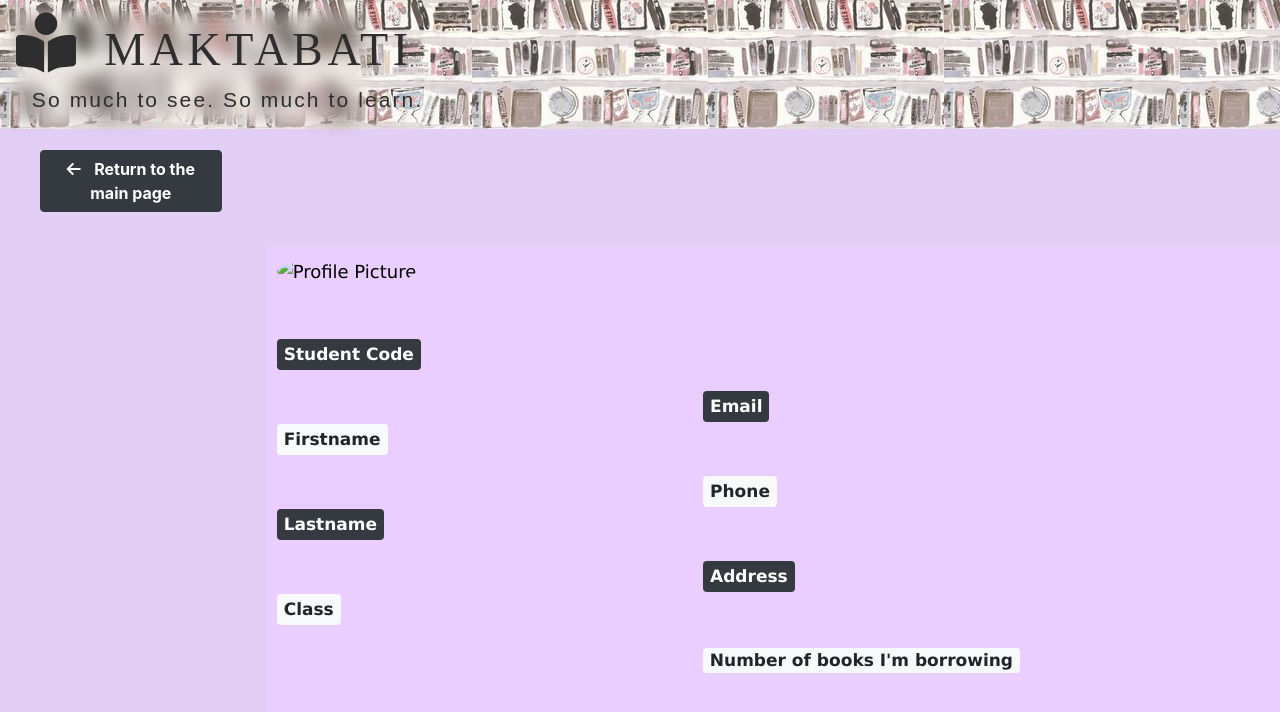
Repository: Hajar-Serrad/MAKTABATI
Page: resources/views/profile.blade.php
An editor plug-in stored every save of this project. The page is shown before and after the next save, followed by the edit.
The browser window is 1280 px wide. The pictures show the whole page.
An inner scrolling area shows only its first screen. Some web fonts or font styles are not loaded; a fallback is used. Some web libraries are served in a nearby version. The page is served by the project's Laravel application, run on PHP 8.4 with Laravel 8. Other server files are loaded and not shown. The template is opened directly, without the code that normally fills it, so the values that code supplies are empty.

Above is the page before, as saved 2020-12-28 22:53:13.

### routes/web.php
<?php

use Illuminate\Support\Facades\Route;


/*           **********************     INSCRIPTION            ************************* */
Route::get('/welcome/register','Auth\RegisterBisController@showfirstform')->name('register1');
Route::post('/welcome/register','Auth\RegisterBisController@register')->name('register2');
Route::post('/registerbis','Auth\RegisterController@register')->name('register3');
Route::get('/registerbis/{id}','Auth\RegisterController@showform')->name('register4');

/*           **********************     CONNEXION            ************************* */
Route::get('/login/admin', 'Auth\LoginController@showAdminLoginForm')->name('Adminlogin1');
Route::post('/login/admin', 'Auth\LoginController@adminLogin')->name('Adminlogin2');
Route::get('/user/login', 'Auth\LoginController@showUserLoginForm')->name('Userlogin1');
Route::post('/user/login', 'Auth\LoginController@userLogin')->name('Userlogin2');

/*           **********************     DECONNEXION            ************************* */
Route::post('/user/logout', 'Auth\LoginController@userLogout')->name('user.logout');
Route::post('/admin/logout', 'Auth\LoginController@adminLogout')->name('admin.logout');

/*   ********** ROUTES D'AUTHENTICATIONS DEFINIES PAR LARAVEL  *************** */
Auth::routes();


/*           **********************     TEMPLATES            ************************* */
Route::view('/user','layouts.app')->name('back');
Route::view('/admin','layouts.appAdmin')->name('adminapp');

/*           **********************     LES HOMEPAGES            ************************* */
Route::view('/user/dashboard','home.homeUser')->name('home');
Route::view('/admin/dashboard','home.homeAdmin')->name('dashboard');

Route::get("/homeUser","HomeController@indexUser");
Route::get("/homeAdmin","HomeController@indexAdmin");


/*           **********************     DES PROPRIETES AJOUTEES POUR LA TEMPLATE            ************************* */
// plus //USER
Route::get("/about us", function(){
    return view("plus.about");
 })->name('about');
 Route::get("/privacy policy", function(){
    return view("plus.privacy");
 })->name('privacy');

// plusAdmin  //ADMIN
Route::get("/ABOUT US", function(){
   return view("plusAdmin.about");
})->name('about_us');
Route::get("/PRIVACY POLICY", function(){
   return view("plusAdmin.privacy");
})->name('privacy_policy');

/* ******************************************** */

/*           **********************     LES OPERATIONS DE CRUD           ************************* */
Route::view('/add','books.create'); // creer un livre
Route::resource('copies', 'CopyController')->only(['create','store', 'destroy']);  // crud -> copycontroller
Route::post('/copies/add', 'CopyController@add')->name('add'); // ajouter un exemplaire
Route::post('/copies/edit', 'CopyController@update1')->name('update1');  // modifier un exemplaire
Route::post('/copies/update', 'CopyController@update2')->name('update2');  // modifier un exemplaire
Route::post('/copies/delete', 'CopyController@delete')->name('delete');  // supprimer un exemplaire
Route::resource('books', 'BookController');  // crud -> bookcontroller
Route::resource('borrowing', 'BorrowingController')->only(['index', 'destroy']);  //  crud -> borrowingcontroller
Route::post("/admin/borrow","BorrowingController@borrow")->name('borrow');  //  emprunter un livre
Route::get("/admin/collect","BorrowingController@collect")->name('collect');  //  collecter les emails
Route::get('/admin/books','BookController@indexAdmin')->name('index'); // afficher les livres pour l'admin
Route::get('/admin/books/{book}','BookController@showAdmin')->name('show');  // afficher un livre pour l'admin
Route::get('/admin/members','UserController@index')->name('members');
Route::get('/user/profile/{id}','UserController@profile')->name('user.profile');

/*           **********************     LA PAGE D'ACCUEIL        ************************* */
Route::get("/welcome", function(){
   return view("welcome");
})->name('welcome');

### app/Http/Controllers/Auth/LoginController.php
<?php

namespace App\Http\Controllers\Auth;
use Illuminate\Http\Request;
use App\Http\Controllers\Controller;
use App\Providers\RouteServiceProvider;
use Illuminate\Foundation\Auth\AuthenticatesUsers;
use App\User;
use Auth;

class LoginController extends Controller
{
    use AuthenticatesUsers;


    public function __construct()
    {
        $this->middleware('guest')->except(['logout', 'userLogout']);
        $this->middleware('guest:admin')->except(['logout', 'adminLogout']);
    }


    public function showAdminLoginForm()
    {
        return view('authAdmin.login', ['url' => '/login/admin']);
    }

    public function adminLogin(Request $request)
    {
        $this->validate($request, [
            'email'   => 'required|email',
            'password' => 'required|min:8'
        ]);

        if (Auth::guard('admin')->attempt(['email' => $request->email, 'password' => $request->password], $request->get('remember'))) {

            return redirect()->intended('/admin/dashboard');
        }
        session()->flash('error', 'Your email or password is incorrect! Please try again!');
        return back()->withInput();
    }

    public function showUserLoginForm()
    {
        return view('auth.login', ['url' => '/user/login']);
    }

    public function userLogin(Request $request)
    {
        $this->validate($request, [
            'email'   => 'required|email',
            'password' => 'required|min:8'
        ]);

        if (Auth::guard('web')->attempt(['email' => $request->email, 'password' => $request->password], $request->get('remember'))) {

            return redirect()->intended('/user/dashboard');
        }
         session()->flash('error', 'Your email or password is incorrect! Please try again!');
         return back()->withInput();
    }

public function userLogout(Request $request)
    {
        Auth::guard('web')->logout();
        session()->flash('message', 'You have been logged out!');
        return redirect()->route('welcome')->withInput();
    }

    public function adminLogout(Request $request)
    {
        Auth::guard('admin')->logout();
        session()->flash('message', 'You have been logged out!');
        return redirect()->route('welcome')->withInput();
    }


}

### app/Http/Controllers/Auth/ConfirmPasswordController.php
<?php

namespace App\Http\Controllers\Auth;

use App\Http\Controllers\Controller;
use App\Providers\RouteServiceProvider;
use Illuminate\Foundation\Auth\ConfirmsPasswords;

class ConfirmPasswordController extends Controller
{
    /*
    |--------------------------------------------------------------------------
    | Confirm Password Controller
    |--------------------------------------------------------------------------
    |
    | This controller is responsible for handling password confirmations and
    | uses a simple trait to include the behavior. You're free to explore
    | this trait and override any functions that require customization.
    |
    */

    use ConfirmsPasswords;

    /**
     * Where to redirect users when the intended url fails.
     *
     * @var string
     */


    /**
     * Create a new controller instance.
     *
     * @return void
     */
    public function __construct()
    {
        $this->middleware('auth');
        $this->middleware('auth:admin');
    }
}

### resources/views/profile.blade.php
@extends('layouts.app')
@section('title','Profile')
@section('css')
<style>

</style>
@endsection
@section('content')



  <div style="padding-top: 150px; padding-left: 40px; color: black; ">
    <div class="row">
      <div class="col-sm-2">
          <a href="{{ route('home') }}"> <button  class="btn btn-dark" >
              <i class="fas fa-arrow-left"></i> &nbsp; <b> {{ __('Return to the main page') }}</b>

              </button> </a>

      </div>


           <div class="col-sm-10" class="row" style="font-size: 18px; font-family:Geneva, Tahoma, sans-serif;"> <br> <br> <br>
        <div  class="card-body" style="margin: 15px; margin-right: 0; padding: 10px; background-color:rgb(234, 206, 255);">


            <div class="row">
                <div class="col-sm-5">
                  <div class="row">
                    <div class="col-sm-6">
                       <img src="{{ asset('images/members/'.$user->image) }}" class="rounded-circle" alt="Profile Picture" width="150px;" height="150px;">
                    </div>
                  </div> <br> <br>
                 <div class="row" >

                    <span class="col-sm-4"><span class="badge badge-dark" style="padding: 7px; font-size:17px;">Student Code</span></span>
                   <span class="col-sm-4">{{ $user->person_id }}</span>

                 </div> <br> <br>
                 <div class="row">

                    <span class="col-sm-4"><span class="badge badge-light" style="rgb(209, 171, 219); padding: 7px; font-size:17px;">Firstname</span></span>
                   <span class="col-sm-4">{{ $user->firstname }}</span>

                 </div> <br>  <br>
                 <div class="row">

                    <span class="col-sm-4"><span class="badge badge-dark" style="padding: 7px; font-size:17px;">Lastname</span></span>
                   <span class="col-sm-4">{{ $user->lastname }}</span>

                 </div> <br>   <br>
                 <div class="row">

                  <span class="col-sm-4"><span class="badge badge-light" style="rgb(209, 171, 219); padding: 7px; font-size:17px;">Class</span></span>
                   <span class="col-sm-4">{{ $user->class }}</span>

                 </div> <br> <br>

                </div>
                <div class="col-sm-7">
                   <br> <br> <br> <br> <br>
                 <div class="row">

                   <span class="col-sm-2"><span class="badge badge-dark" style=" padding: 7px; font-size:17px;">Email</span></span>
                   <span class="col-sm-10">{{ $user->email }}</span>

                 </div> <br> <br>
                 <div class="row">

                   <span class="col-sm-2"><span class="badge badge-light" style="rgb(209, 171, 219); padding: 7px; font-size:17px;">Phone</span></span>
                   <span class="col-sm-5">{{ $user->phone }}</span>

                 </div> <br> <br>
                 <div class="row">

                   <span class="col-sm-2"><span class="badge badge-dark" style="padding: 7px; font-size:17px;">Address</span></span>
                   <span class="col-sm-5">{{ $user->address }}</span>

                 </div>

                 <br> <br>
                 <div class="row">

                   <span class="col-sm-6"><span class="badge badge-light" style="rgb(209, 171, 219);
                   .padding: 7px; font-size:17px;">Number of books I'm borrowing</span></span>
                   <span class="col-sm-2" data-toggle="modal" data-target="#Modal">{{ $array['n1'] }}</span>
                     <!-- MODAL -->
                     <div class="modal fade" id="Modal" tabindex="-1" aria-labelledby="ModalLabel" aria-hidden="true" style="font-family: 'Bahnschrift Condensed'; font-size: 23px; background-color:thistle;">
                      <div class="modal-dialog modal-lg">
                          <div class="modal-content" style="background-color: #1B0A2A; color: whitesmoke;">
                            <div class="modal-header">
                              <span class="badge badge-primary" style="font-size:28px; letter-spacing:1ex; margin-left:120px;"> Books I'm borrowing </span>
                            </div>
                              <div class="modal-body">

            <table class="table table-hover table-striped table-dark" style="background-color: #1B0A2A">
              <!--Table head-->
              <thead style="background-color: whitesmoke; color:#1B0A2A;">
                <tr>
                    <th scope="col">#</th>
                    <th scope="col">ISBN</th>
                    <th scope="col">Title</th>
                    <th scope="col">Author</th>
                    <th scope="col">Category</th>
                    <th scope="col">Borrowed At</th>
                    <th scope="col">Must Be Returned At</th>
                </tr>
            </thead>
            <!--Table head-->
            <!--Table body-->
            <tbody>
                @php
                    $nbr = 0;
                @endphp
                @foreach ($borrowings as $borrowing)
                     <tr >
                       @foreach ($books as $book)
                           @if ($borrowing->ISBN == $book->ISBN)
                                <th scope="row">{{ ++$nbr }}</th>
                                <td>{{ $borrowing->ISBN }}</td>
                                <td>{{ $book->title }}</td>
                                <td>{{ $book->author }}</td>
                                <td>{{ $book->category }}</td>
                                <td>{{ $borrowing->borrowed_at }}</td>
                                <td>{{ $borrowing->must_be_returned_at }}</td>
                           @endif
                       @endforeach
                     </tr>
                @endforeach
            </tbody>
            <!--Table body-->
            </table>

                              </div>
                          </div>
                      </div>
                  </div>
                     <!-- /MODAL -->
                 </div>

                 <br> <br>
                 <div class="row">

                   <span class="col-sm-7"><span class="badge badge-dark" style="padding: 7px; font-size:16px;">Number of books I have already borrowed</span></span>
                   <span class="col-sm-2">{{ $array['n2'] }}</span>
                 </div>
                </div>
            </div>
           </div>
          </div>
          </div> </div>


  </div>


@endsection

### resources/views/layouts/app.blade.php
<!DOCTYPE html>
<html lang="en">
<head>
    <meta charset="UTF-8">
    <meta name="viewport" content="width=device-width, initial-scale=1.0">
    <meta http-equiv="X-UA-Compatible" content="ie=edge">
    <!-- Bootstrap CSS -->
    <link rel="stylesheet" href="https://stackpath.bootstrapcdn.com/bootstrap/4.5.0/css/bootstrap.min.css"
    integrity="sha384-9aIt2nRpC12Uk9gS9baDl411NQApFmC26EwAOH8WgZl5MYYxFfc+NcPb1dKGj7Sk" crossorigin="anonymous">
    <!-- Add icon library -->

    <script src="https://kit.fontawesome.com/bf85b3c2d1.js" crossorigin="anonymous"></script>
    <link href='https://fonts.googleapis.com/css?family=Showcard Gothic' rel='stylesheet'>
    <link href='https://fonts.googleapis.com/css?family=Bahnschrift Condensed' rel='stylesheet'>
    <title>@yield('title')</title>
    <!-- Styles -->
    @yield('css')
    <style>
       html,body
      {
          width: 100%;
          height: 100%;
          margin: 0px;
          padding: 0px;
          overflow-x: hidden;
      }
      nav
      {
        background:url('/images/background/10.jpg') ;
      }
      .footer
      {
        background-color: #F2E0F7;
      }



      #header:before {
        content: "";
        position: fixed;
        height: 15%; width: 27%;
        background: url('/images/background/10.jpg');
        background-size: cover;
        z-index: -2; /* Keep the background behind the content */
        -webkit-filter: blur(8px);
    }
    #avatar:before {
        content: "";
        position: fixed;
        height: 107px; width: 100%;
        background: url('/images/background/10.jpg');
        background-size: cover;
        z-index: -2; /* Keep the background behind the content */
        -webkit-filter: blur(8px);
    }

    </style>
</head>
<body>

  <div class="container-fluid" style="margin: 0px ; padding: 0px ;">
       <div style="background-color: #E3CEF6; background-size:cover; height:100%;">
   <!-- header -->
   <!--Navbar -->
<nav class="navbar navbar-expand-md navbar-dark bg-dark fixed-top" >
    <a class="navbar-brand" href="#" id="header"> <i class="fas fa-book-reader fa-3x" style="color:#2E2E2E;"></i>  &nbsp; &nbsp;

      <span  style="font-family: 'Showcard Gothic' ;letter-spacing:0.1em; font-size:46px; color: #2E2E2E;"> MAKTABATI </span>
        <div style="font-family:Arial, Helvetica, sans-serif ;letter-spacing:0.1em; font-size:21px; color: #2E2E2E;"> &nbsp;   So much to see. So much to learn. </div>
    </a>
    <button class="navbar-toggler" type="button" data-toggle="collapse" data-target="#navbarSupportedContent-4"
      aria-controls="navbarSupportedContent-4" aria-expanded="false" aria-label="Toggle navigation">
      <span class="navbar-toggler-icon"></span>
    </button>
    <div class="collapse navbar-collapse" id="navbarSupportedContent-4">
      <!--
         <ul class="navbar-nav ml-auto nav-flex-icons">
      <li class="nav-item avatar dropdown">
        <a class="nav-link dropdown-toggle" id="navbarDropdownMenuLink-55" data-toggle="dropdown"
          aria-haspopup="true" aria-expanded="false">
          <img src="https://mdbootstrap.com/img/Photos/Avatars/avatar-2.jpg" class="rounded-circle z-depth-0"
            alt="avatar image">
        </a>
        <div class="dropdown-menu dropdown-menu-lg-right dropdown-secondary"
          aria-labelledby="navbarDropdownMenuLink-55">
          <a class="dropdown-item" href="{{ route('user.logout') }}"
          onclick="event.preventDefault();
          document.getElementById('logout-form').submit();">
                <button type="button" class="btn btn-light btn-lg" style="cursor: pointer; margin-right: 30px" >{{ __('LOGOUT') }}</button>

        </a>
         <form id="logout-form" action="{{ route('user.logout') }}" method="POST" style="display: none;">
                    {{ csrf_field() }}
                </form>
          <a class="dropdown-item" href="#">Another action</a>
          <a class="dropdown-item" href="#">Something else here</a>
        </div>
      </li>
    </ul>
      -->
    <ul class="navbar-nav ml-auto" >
    @auth
    <li class="nav-item avatar dropdown" id="avatar">
      <a  class="nav-link dropdown-toggle" id="navbarDropdownMenuLink-55" data-toggle="dropdown"
        aria-haspopup="true" aria-expanded="false" title="Click here to see your profile or to log out" >
        <img src="{{ asset('images/members/'.Auth::user()->image) }}" class="rounded-circle z-depth-0"
          alt="avatar image" height="70px;" width="70px;" >
      </a>
      <div class="dropdown-menu dropdown-menu-lg-right dropdown-secondary"
        aria-labelledby="navbarDropdownMenuLink-55" style="background-color: #F2E0F7; ">

        <a class="dropdown-item" href="{{ route('user.profile',Auth::user()->id) }}" >My Profile</a>

        <a class="dropdown-item" href="{{ route('user.logout') }}"
                                      onclick="event.preventDefault();
                                      document.getElementById('logout-form').submit();" >
                {{ __('Log out') }}
        </a>
       <form id="logout-form" action="{{ route('user.logout') }}" method="POST" style="display: none;">
                  {{ csrf_field() }}
        </form>
      </div>
    </li>
        </ul>

    @endauth
   </ul>
    </div>
  </nav>
  <!--/.Navbar -->


    <!--   -->
    @yield('content')
    <!--   -->
    <!-- -->

</div>
 <!-- -->
   <!-- footer -->


    <div  class="footer" style=" color:#2E2E2E;">
        <div style="background:url('/images/background/10.jpg') ; height:50px; "></div>
        <br>
        <div class="row">
            <div class="col-sm-3"></div>
          <div class="col-sm-3" style="color:#2E2E2E;">

            <h5>Contact Us</h5>

              <i class="fas fa-phone-volume"> </i> &nbsp; &nbsp;  +0625135487 <br>
              <i class="fas fa-envelope"></i>&nbsp; &nbsp; maktabati@gmail.com

          </div>
        <div class="col-sm-3" > <br>
            <a href="{{ route('about') }}" target="_blank"><h5 style="color:#2E2E2E;">About Us</h5></a>
            <a href=" {{ route('privacy') }} " target="_blank"><h5 style="color:#2E2E2E;">Privacy Policy</h5></a>
        </div>
        <div class="col-sm-3"></div>
        </div>
        <div class="col-md-4 " >
        <div style="color: #2E2E2E;">

          © 2020 Maktabati made with <i class="far fa-heart" style="color: red"></i>

        </div>

  </div>
  <div style="background:url('/images/background/10.jpg') ; height:50px; "></div>
</div>

    <!-- Optional JavaScript -->
    <!-- jQuery first, then Popper.js, then Bootstrap JS -->
    <script src="https://code.jquery.com/jquery-3.5.1.slim.min.js"
    integrity="sha384-DfXdz2htPH0lsSSs5nCTpuj/zy4C+OGpamoFVy38MVBnE+IbbVYUew+OrCXaRkfj"
    crossorigin="anonymous"></script>
    <script src="https://cdn.jsdelivr.net/npm/popper.js@1.16.0/dist/umd/popper.min.js"
    integrity="sha384-Q6E9RHvbIyZFJoft+2mJbHaEWldlvI9IOYy5n3zV9zzTtmI3UksdQRVvoxMfooAo"
    crossorigin="anonymous"></script>
    <script src="https://stackpath.bootstrapcdn.com/bootstrap/4.5.0/js/bootstrap.min.js"
    integrity="sha384-OgVRvuATP1z7JjHLkuOU7Xw704+h835Lr+6QL9UvYjZE3Ipu6Tp75j7Bh/kR0JKI"
    crossorigin="anonymous"></script>
</body>
</html>

Loaded but not shown: app/Http/Controllers/Controller.php (common file)

After the next save:
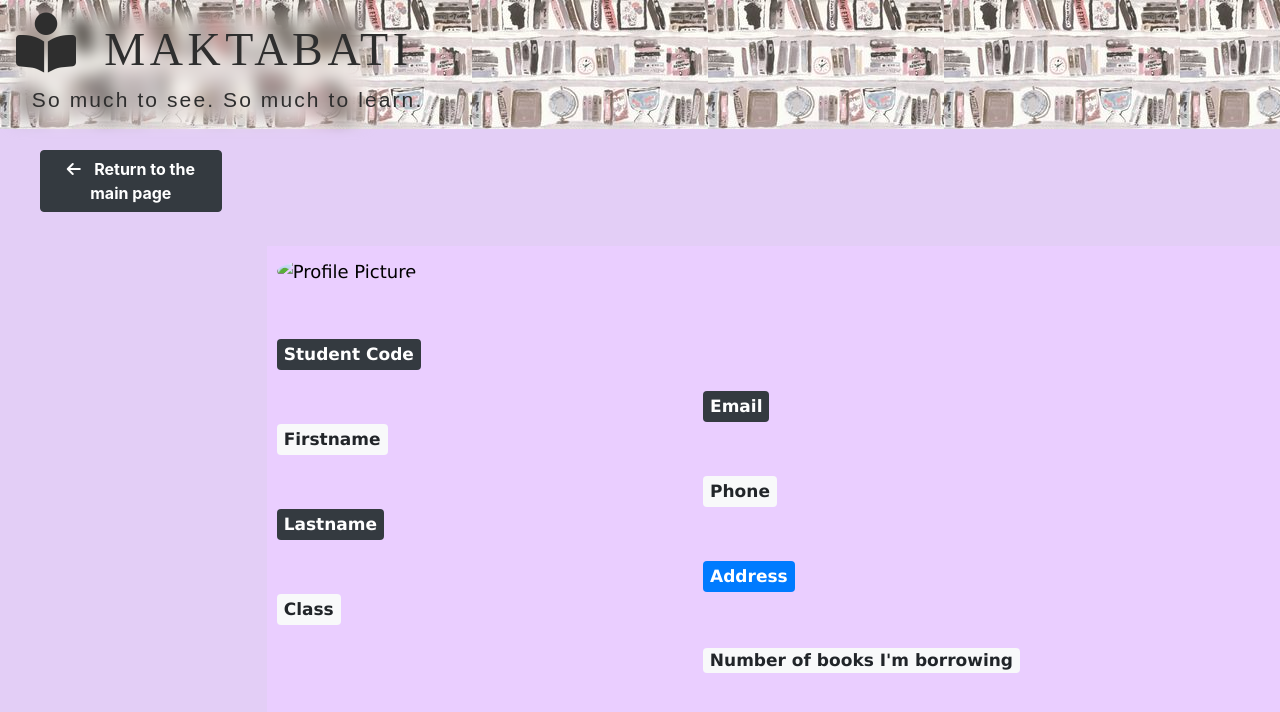
Saved 43 s later.
--- a/resources/views/profile.blade.php
+++ b/resources/views/profile.blade.php
@@ -73,7 +73,7 @@
                  </div> <br> <br>
                  <div class="row">
 
-                   <span class="col-sm-2"><span class="badge badge-dark" style="padding: 7px; font-size:17px;">Address</span></span>
+                   <span class="col-sm-2"><span class="badge badge-primary" style="padding: 7px; font-size:17px;">Address</span></span>
                    <span class="col-sm-5">{{ $user->address }}</span>
 
                  </div>
